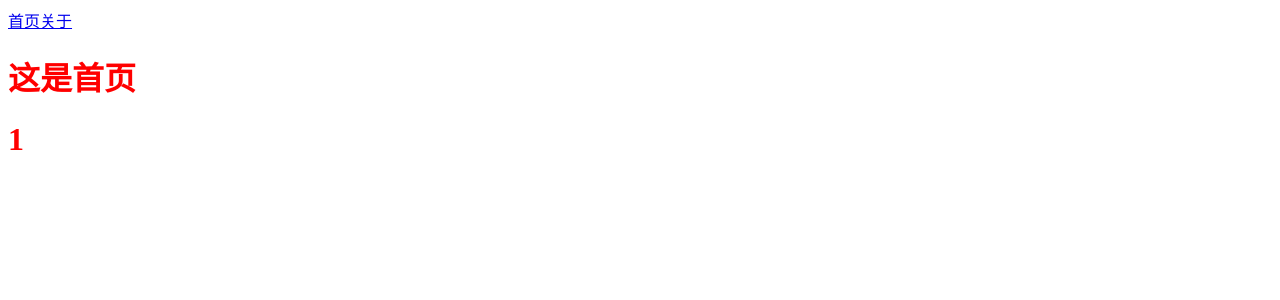
Repository: aiyoudiao/aiyou-vue3-example
Page: / (app in example-01/)
The author's editor kept a copy of each file at every save. The page is drawn from the files as they stood at one save, then again after the next save.
The browser window is 1280 px wide. The pictures show the whole page.
The project was rebuilt for these pictures with package versions that can differ from the ones it lists, and the page was loaded fresh each time. Also part of the build but not shown: example-01/vite.config.js, example-01/src/pages/about.vue.

Above is the page before, as saved 2021-11-01 15:13:16.

### example-01/src/main.js
import { createApp } from 'vue'
import App from './App.vue'

import router from './router/index'

createApp(App).use(router).mount('#app')

### example-01/src/App.vue
<template>
  <div>
    <router-link to="/">首页</router-link>
    <router-link to="/about">关于</router-link>
  </div>
  <router-view></router-view>
</template>

### example-01/src/router/index.js
import {
    createRouter,
    createWebHashHistory
} from 'vue-router'

import Home from '../pages/home.vue'
import About from '../pages/about.vue'

const routes = [
    {
        path: '/',
        name: 'Home',
        component: Home,
    },
    {
        path: '/about',
        name: 'About',
        component: About,
    }
]

const router = createRouter({
    history: createWebHashHistory(),
    routes
})

export default router

### example-01/src/pages/home.vue
<template>
    <h1>这是首页</h1>
    <TodoList></TodoList>
</template>
<script setup>

import TodoList from '../components/TodoList.vue';
</script>

### example-01/src/components/TodoList.vue
<template>
    <div>
        <h1 @click="add">{{count}}</h1>
    </div>
</template>

<script setup>

import { ref } from 'vue';

let count = ref(1)
function add () {
    count.value ++
}

</script>

<style>
h1 {
    color: red;
}
</style>

Loaded but not shown: example-01/index.html (common file)

After the next save:
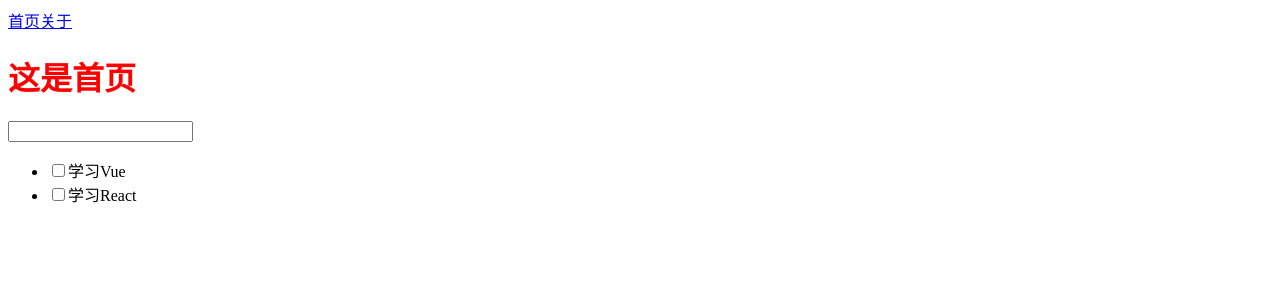
Saved 5 min 56 s later.
--- a/example-01/src/components/TodoList.vue
+++ b/example-01/src/components/TodoList.vue
@@ -1,16 +1,30 @@
 <template>
     <div>
-        <h1 @click="add">{{count}}</h1>
+        <input type="text" v-model="title" @keydown.enter="addTodo" />
+        <ul v-if="todos.length">
+            <li v-for="todo in todos">
+                <input type="checkbox" v-model="todo.done">
+                <span :class="{done: todo.done}">{{todo.title}}</span>
+            </li>
+        </ul>
     </div>
 </template>
 
 <script setup>
 
 import { ref } from 'vue';
+let title = ref("")
+let todos = ref([
+    {title: '学习Vue', done: false},
+    {title: '学习React', done: false},
+])
 
-let count = ref(1)
-function add () {
-    count.value ++
+function addTodo() {
+    todos.value.push({
+        title: title.value,
+        done: false
+    })
+    title.value = ""
 }
 
 </script>
